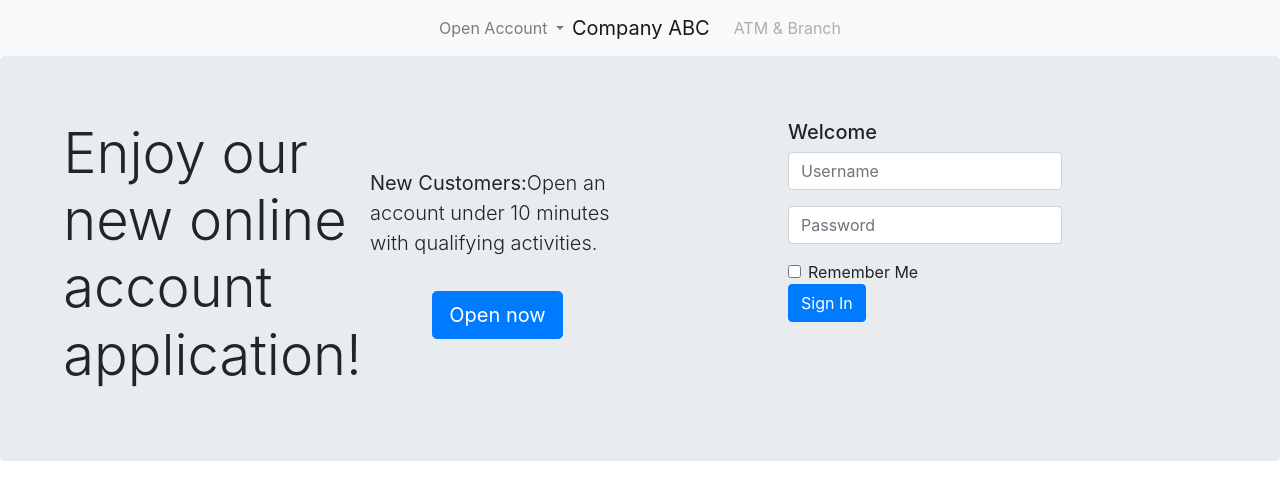
Repository: barriosan95/banking-opening-account-demo
Page: http://localhost/
The author's editor kept a record of every edit. The page is drawn from the files as they stood at one moment, then again after the next edit.
The browser window is 1280 px wide. The pictures show the whole page.
Some web fonts or font styles are not loaded; a fallback is used. Some web libraries are served in a nearby version. The page is served by the project's Node server (index.js).

Above is the page before.

After the next edit:
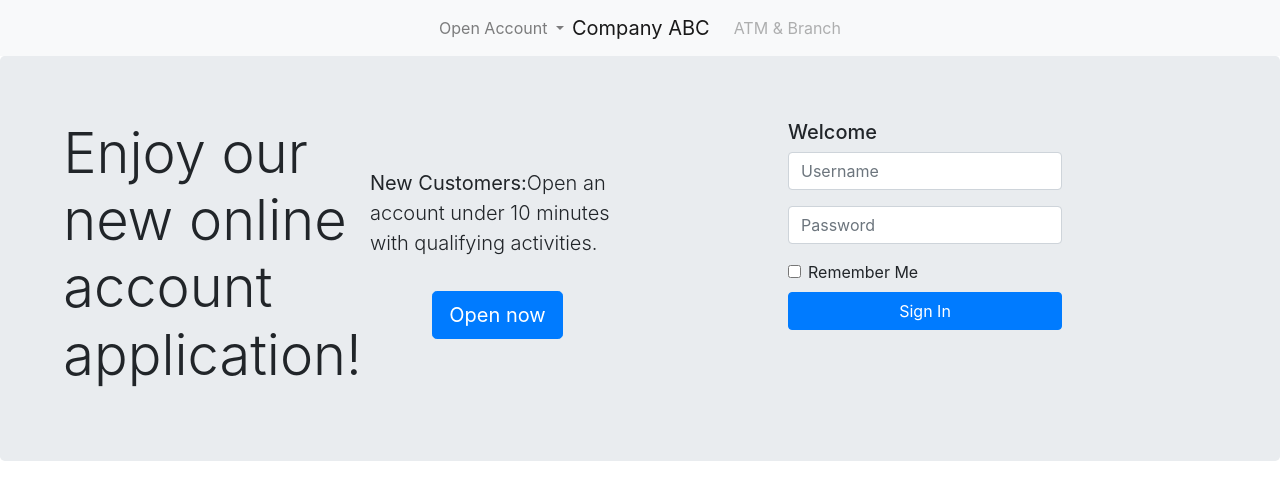
The edit:
--- a/views/main.ejs
+++ b/views/main.ejs
@@ -27,7 +27,7 @@
                         <input type="checkbox" class="form-check-input" id="exampleCheck1">
                         <label class="form-check-label" for="exampleCheck1">Remember Me</label>
                       </div>
-                      <button type="submit" class="btn btn-primary">Sign In</button>
+                      <button type="submit" class="btn btn-primary mt-2 btn-block">Sign In</button>
                     </form>
                 <!--</div>-->
             </div>
